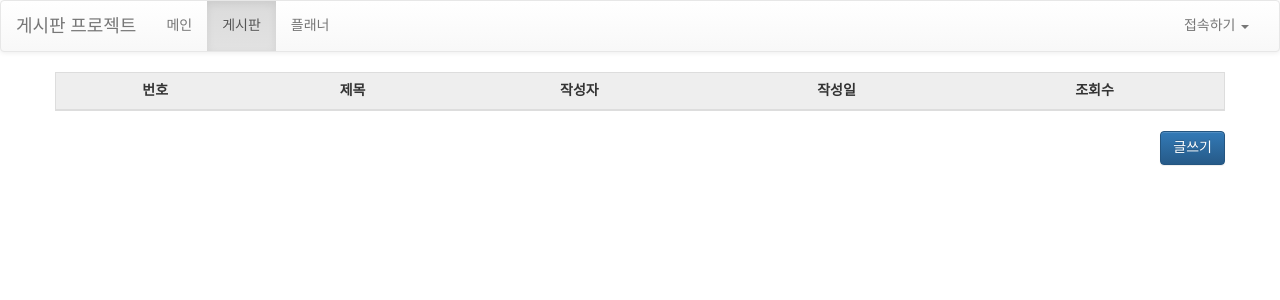
Repository: Seok7975/Project_PlannerSharingBoard
Page: http://localhost/ToDoList공유_게시판_ver3/bbs.jsp?bbsCategory=all
These files come from the project's save history. The page is drawn as it stood at one moment and after the next save; the edit follows.
The browser window is 1280 px wide. The pictures show the whole page.
Some web fonts or font styles are not loaded; a fallback is used. Some web libraries are served in a nearby version. The page is served by Tomcat 9. Queries for data that is not in the repository find no rows.

Above is the page before, as saved 2024-06-26 03:28:48.

After the next save:
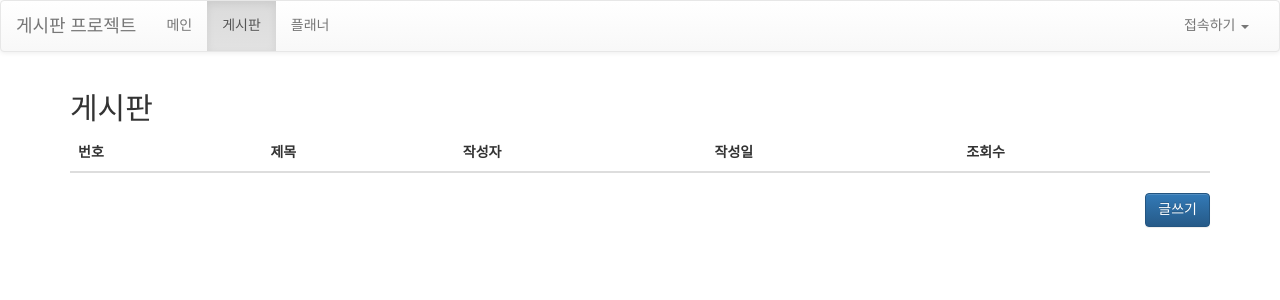
Saved 3 min 23 s later.
--- a/List_Projects_ver3/ToDoList공유 게시판_ver3/src/main/webapp/bbs.jsp
+++ b/List_Projects_ver3/ToDoList공유 게시판_ver3/src/main/webapp/bbs.jsp
@@ -227,60 +227,55 @@
 
 	<div class="container">
 		<div class="row">
-			<table class="table table-striped" style="text-align: center; border: 1px solid #dddddd">
-				<thead>
-					<tr>
-						<th style="background-color: #eeeeee; text-align: center;">번호</th>
-						<th style="background-color: #eeeeee; text-align: center;">제목</th>
-						<th style="background-color: #eeeeee; text-align: center;">작성자</th>
-						<th style="background-color: #eeeeee; text-align: center;">작성일</th>
-						<th style="background-color: #eeeeee; text-align: center;">조회수</th>
-					</tr>
-				</thead>
-				<tbody> <!-- 예시 -->
-					<tr>
-					<%
-						BbsDAO bbsDAO = new BbsDAO();
-						ArrayList<Bbs> list = bbsDAO.getList(pageNumber);
-						for(int i = 0; i < list.size(); i++) {
-					%>
-						<td><%= list.get(i).getBbsID() %></td>
-						<td><a href="view.jsp?bbsID=<%= list.get(i).getBbsID() %>"><%= list.get(i).getBbsTitle() %></a></td>
-						<td><%= list.get(i).getUserID() %></td>
-						<td><%= list.get(i).getBbsDate().substring(0, 11) + list.get(i).getBbsDate().substring(11,13) + "시" + list.get(i).getBbsDate().substring(14, 16) + "분" %></td>
-						<td><%= list.get(i).getViewCount() %></td>
-					<tr>
+			<div class="col-md-12">
+				<h2>게시판</h2>
+				<table class="table table-striped">
+					<thead>
+						<tr>
+							<th>번호</th>
+							<th>제목</th>
+							<th>작성자</th>
+							<th>작성일</th>
+							<th>조회수</th>
+						</tr>
+					</thead>
+					<tbody>
+						<%
+							BbsDAO bbsDAO = new BbsDAO();
+							ArrayList<Bbs> list = bbsDAO.getList(pageNumber);
+							for (int i = 0; i < list.size(); i++) {
+								Bbs bbs = list.get(i);
+						%>
+						<tr>
+							<td><%= bbs.getBbsID() %></td>
+							<td><a href="bbsView.jsp?bbsID=<%= bbs.getBbsID() %>"><%= bbs.getBbsTitle() %></a></td>
+							<td><%= bbs.getUserID() %></td>
+							<td><%= bbs.getBbsDate() %></td>
+							<td><%= bbs.getBbsAvailable() %></td>
+						</tr>
+						<%
+							}
+						%>
+					</tbody>
+				</table>
+				<div style="text-align: left;">
+					<%
+						if (pageNumber > 1) {
+					%>
+						<a class="btn btn-default" href="bbs.jsp?pageNumber=<%= pageNumber - 1 %>">이전</a>
 					<%
 						}
-					%>
-				</tbody>
-			</table>
-			<div style="text-align: center;">
-				<%
-					int pageBlock = 5;
-					int startPage = ((pageNumber - 1) / pageBlock) * pageBlock + 1;
-					int endPage = startPage + pageBlock - 1;
-					int totalPage = bbsDAO.getTotalPageCount();
-
-					if(pageNumber != 1) {
-				%>
-					<a href="bbs.jsp?pageNumber=<%= pageNumber - 1 %>" class="btn btn-default pull">이전</a>  <!-- " class="btn btn-default btn-arrow-left" -->
-				<%
-					}
-					for (int i = startPage; i <= endPage && i <= totalPage; i++) {
-				%>
-					<a href="bbs.jsp?pageNumber=<%= i %>" class="btn <%= (i == pageNumber) ? "btn-primary" : "btn-default" %>"><%= i %></a>
-				<%
-					}
-					if(bbsDAO.nextPage(pageNumber + 1)) {
-				%>
-					<a href="bbs.jsp?pageNumber=<%= pageNumber + 1 %>" class="btn btn-default pull">다음</a>  <!-- " class="btn btn-default btn-arrow-right" -->
-				<%
-					}
-				%>
-				<a href="write.jsp" class="btn btn-primary pull-right">글쓰기</a>
-			</div>
-
+						if (bbsDAO.nextPage(pageNumber)) {
+					%>
+						<a class="btn btn-default" href="bbs.jsp?pageNumber=<%= pageNumber + 1 %>">다음</a>
+					<%
+						}
+					%>
+				</div>
+				<div style="text-align: right;">
+					<a class="btn btn-primary" href="bbsWrite.jsp">글쓰기</a>
+				</div>
+			</div>
 		</div>
 	</div>
 </body>

After the save that followed:
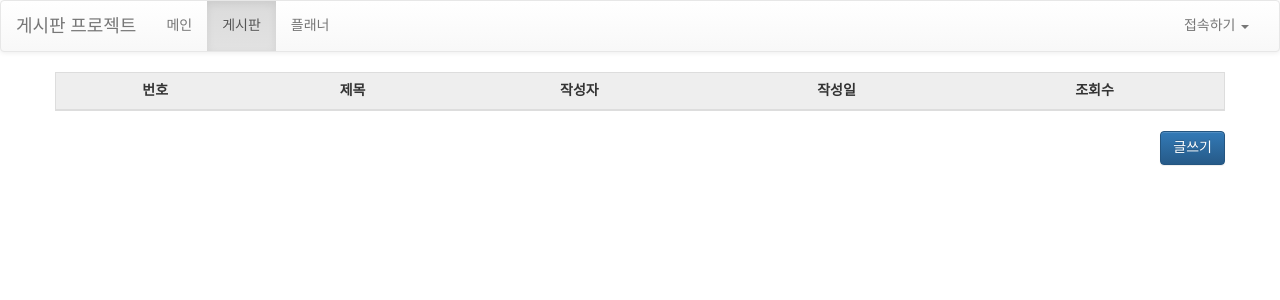
Saved 17 s later.
--- a/List_Projects_ver3/ToDoList공유 게시판_ver3/src/main/webapp/bbs.jsp
+++ b/List_Projects_ver3/ToDoList공유 게시판_ver3/src/main/webapp/bbs.jsp
@@ -227,55 +227,60 @@
 
 	<div class="container">
 		<div class="row">
-			<div class="col-md-12">
-				<h2>게시판</h2>
-				<table class="table table-striped">
-					<thead>
-						<tr>
-							<th>번호</th>
-							<th>제목</th>
-							<th>작성자</th>
-							<th>작성일</th>
-							<th>조회수</th>
-						</tr>
-					</thead>
-					<tbody>
-						<%
-							BbsDAO bbsDAO = new BbsDAO();
-							ArrayList<Bbs> list = bbsDAO.getList(pageNumber);
-							for (int i = 0; i < list.size(); i++) {
-								Bbs bbs = list.get(i);
-						%>
-						<tr>
-							<td><%= bbs.getBbsID() %></td>
-							<td><a href="bbsView.jsp?bbsID=<%= bbs.getBbsID() %>"><%= bbs.getBbsTitle() %></a></td>
-							<td><%= bbs.getUserID() %></td>
-							<td><%= bbs.getBbsDate() %></td>
-							<td><%= bbs.getBbsAvailable() %></td>
-						</tr>
-						<%
-							}
-						%>
-					</tbody>
-				</table>
-				<div style="text-align: left;">
-					<%
-						if (pageNumber > 1) {
-					%>
-						<a class="btn btn-default" href="bbs.jsp?pageNumber=<%= pageNumber - 1 %>">이전</a>
+			<table class="table table-striped" style="text-align: center; border: 1px solid #dddddd">
+				<thead>
+					<tr>
+						<th style="background-color: #eeeeee; text-align: center;">번호</th>
+						<th style="background-color: #eeeeee; text-align: center;">제목</th>
+						<th style="background-color: #eeeeee; text-align: center;">작성자</th>
+						<th style="background-color: #eeeeee; text-align: center;">작성일</th>
+						<th style="background-color: #eeeeee; text-align: center;">조회수</th>
+					</tr>
+				</thead>
+				<tbody> <!-- 예시 -->
+					<tr>
+					<%
+						BbsDAO bbsDAO = new BbsDAO();
+						ArrayList<Bbs> list = bbsDAO.getList(pageNumber);
+						for(int i = 0; i < list.size(); i++) {
+					%>
+						<td><%= list.get(i).getBbsID() %></td>
+						<td><a href="view.jsp?bbsID=<%= list.get(i).getBbsID() %>"><%= list.get(i).getBbsTitle() %></a></td>
+						<td><%= list.get(i).getUserID() %></td>
+						<td><%= list.get(i).getBbsDate().substring(0, 11) + list.get(i).getBbsDate().substring(11,13) + "시" + list.get(i).getBbsDate().substring(14, 16) + "분" %></td>
+						<td><%= list.get(i).getViewCount() %></td>
+					<tr>
 					<%
 						}
-						if (bbsDAO.nextPage(pageNumber)) {
-					%>
-						<a class="btn btn-default" href="bbs.jsp?pageNumber=<%= pageNumber + 1 %>">다음</a>
-					<%
-						}
-					%>
-				</div>
-				<div style="text-align: right;">
-					<a class="btn btn-primary" href="bbsWrite.jsp">글쓰기</a>
-				</div>
-			</div>
+					%>
+				</tbody>
+			</table>
+			<div style="text-align: center;">
+				<%
+					int pageBlock = 5;
+					int startPage = ((pageNumber - 1) / pageBlock) * pageBlock + 1;
+					int endPage = startPage + pageBlock - 1;
+					int totalPage = bbsDAO.getTotalPageCount();
+
+					if(pageNumber != 1) {
+				%>
+					<a href="bbs.jsp?pageNumber=<%= pageNumber - 1 %>" class="btn btn-default pull">이전</a>  <!-- " class="btn btn-default btn-arrow-left" -->
+				<%
+					}
+					for (int i = startPage; i <= endPage && i <= totalPage; i++) {
+				%>
+					<a href="bbs.jsp?pageNumber=<%= i %>" class="btn <%= (i == pageNumber) ? "btn-primary" : "btn-default" %>"><%= i %></a>
+				<%
+					}
+					if(bbsDAO.nextPage(pageNumber + 1)) {
+				%>
+					<a href="bbs.jsp?pageNumber=<%= pageNumber + 1 %>" class="btn btn-default pull">다음</a>  <!-- " class="btn btn-default btn-arrow-right" -->
+				<%
+					}
+				%>
+				<a href="write.jsp" class="btn btn-primary pull-right">글쓰기</a>
+			</div>
+
 		</div>
 	</div>
 </body>
